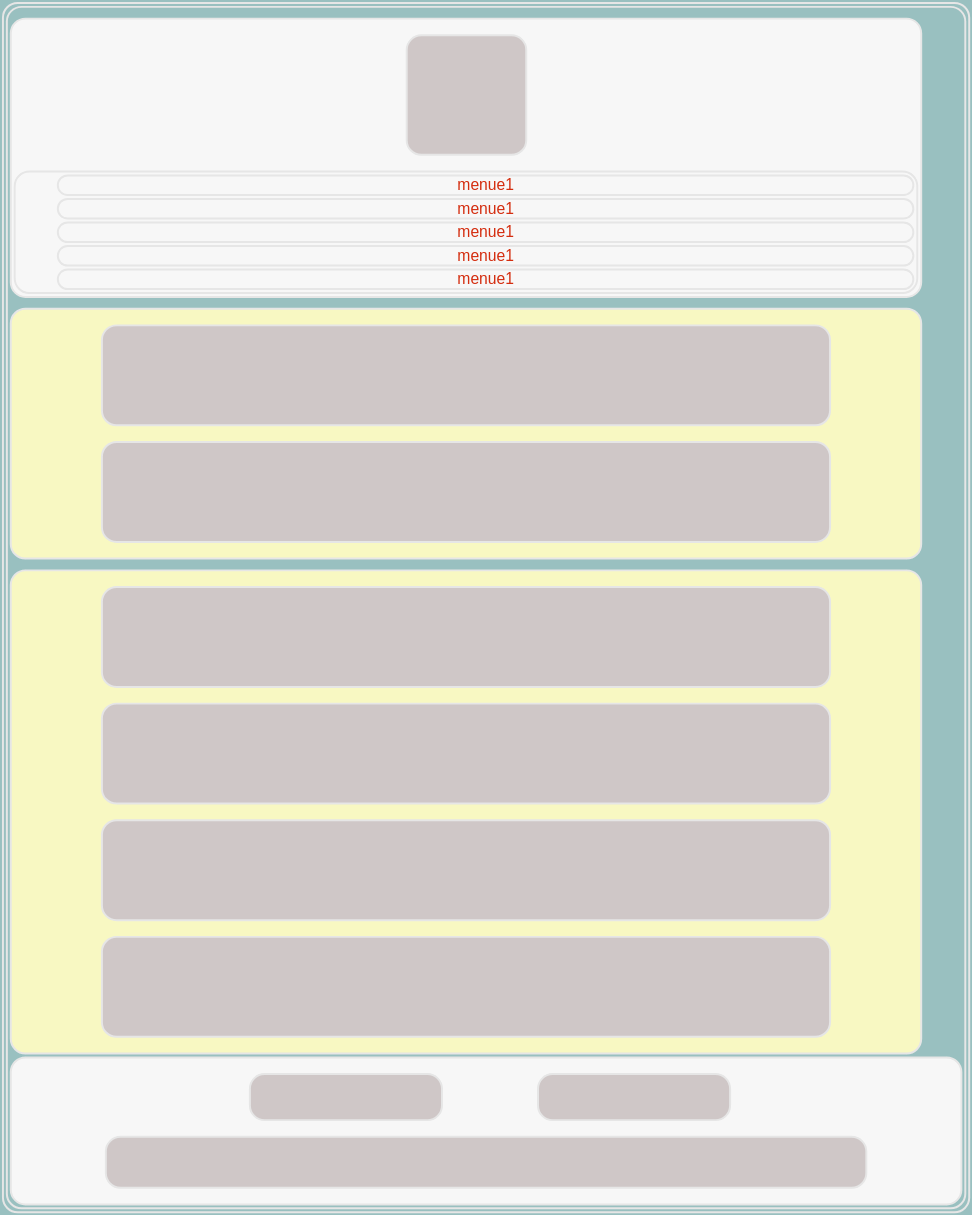
Repository: clairedupuich/cv-claireDUPUICH
Page: cv.html
These files come from the project's save history. The page is drawn as it stood at one moment and after the next save; the edit follows.
The browser window is 992 px wide. The pictures show the whole page, at 98% of full size.

Above is the page before, as saved 2020-10-08 16:25:49.

### cv.html
<!DOCTYPE html>
<html lang="fr" dir="ltr">
  <head>
    <meta charset="utf-8">
    <title>Exercice</title>
    <link rel="stylesheet" href="cv.css">
  </head>
  <body>
    <section class="header">
        <div class="img">
        </div>

            <ul class="nav">
                <li>menue1</li>
                <li>menue1</li>
                <li>menue1</li>
                <li>menue1</li>
                <li>menue1</li>
            </ul>

    </section>
      <section class="section 1">
          <div class="article1_1">
          </div>
          <div class="article1_2">
          </div>
      </section>
      <section class="section2">
        <div class="article2_1">
        </div>
        <div class="article2_2">
        </div>
        <div class="article2_3">
        </div>
        <div class="article2_4">
        </div>
      </section>
      <footer>
          <div class='footer1'>
          </div>
        <div class="footer2">
        </div>

        <div class="footer3">
        </div>
    </footer>
  </body>
</html>

### cv.css
* {
    font-family: Avenir, sans-serif;
    border: 2px solid rgb(230, 230, 230);
    border-radius: 16px;
    margin: 2px;

}
@media screen and (min-width: 768px) and (max-width: 992px){


    body {
        background-color: azure;


    }
    section {
        margin-top: 10px;
        width: 90%;
        background-color: rgb(156, 156, 129);


    }
    div {
        margin: 15px auto;
        width:80% ;
        height: 100px;
        background-color: rgb(83, 83, 83);
    }
    ul {
        text-align: center;
        list-style: none;
        color: tomato;
    }

    footer,
    .header{
        background-color:rgb(162, 211, 233);
    }

    .footer2,
    .footer1 {
        height: 45px;
        width: 20%;
        float: left;

    }
    .footer1{
        margin-left: 25%;
        margin-right: 10%;
    }

    .footer3 {
        clear: both;
        height: 50px;
    }
    .img {
        width:120px;
        height: 120px;
        text-align: left;
    }

}
@media screen and (min-width: 992px) and (max-width: 1200px){

    body {
        background-color: rgb(153, 192, 192);


    }
    section {
        margin-top: 10px;
        width: 95%;
        background-color: rgb(248, 248, 194);


    }
    div {
        margin: 15px auto;
        width:80% ;
        height: 100px;
        background-color: rgb(207, 199, 199);
    }
    ul {
        text-align: center;
        list-style: none;
        color: rgb(212, 45, 15);
    }

    footer,
    .header{
        background-color:rgb(247, 247, 247);
    }

    .footer2,
    .footer1 {
        height: 45px;
        width: 20%;
        float: left;

    }
    .footer1{
        margin-left: 25%;
        margin-right: 10%;
    }

    .footer3 {
        clear: both;
        height: 50px;
    }
    .img {
        width:120px;
        height: 120px;
        text-align: left;
    }
}
@media screen and (min-width: 1200px){}

After the next save:
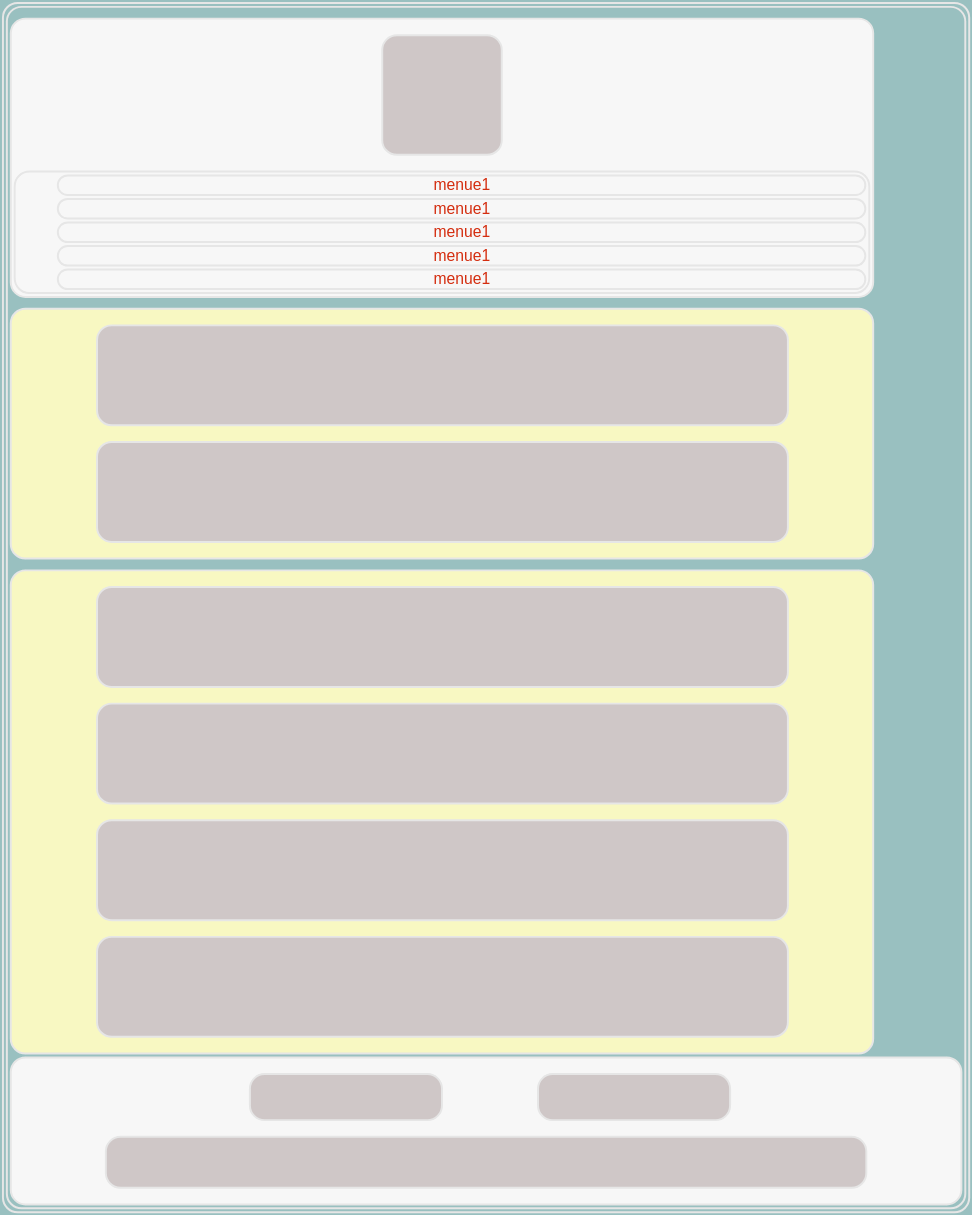
Saved 19 s later.
--- a/cv.css
+++ b/cv.css
@@ -15,7 +15,7 @@
     }
     section {
         margin-top: 10px;
-        width: 90%;
+        width: 95%;
         background-color: rgb(156, 156, 129);
 
 
@@ -69,7 +69,7 @@
     }
     section {
         margin-top: 10px;
-        width: 95%;
+        width: 90%;
         background-color: rgb(248, 248, 194);
 
 
